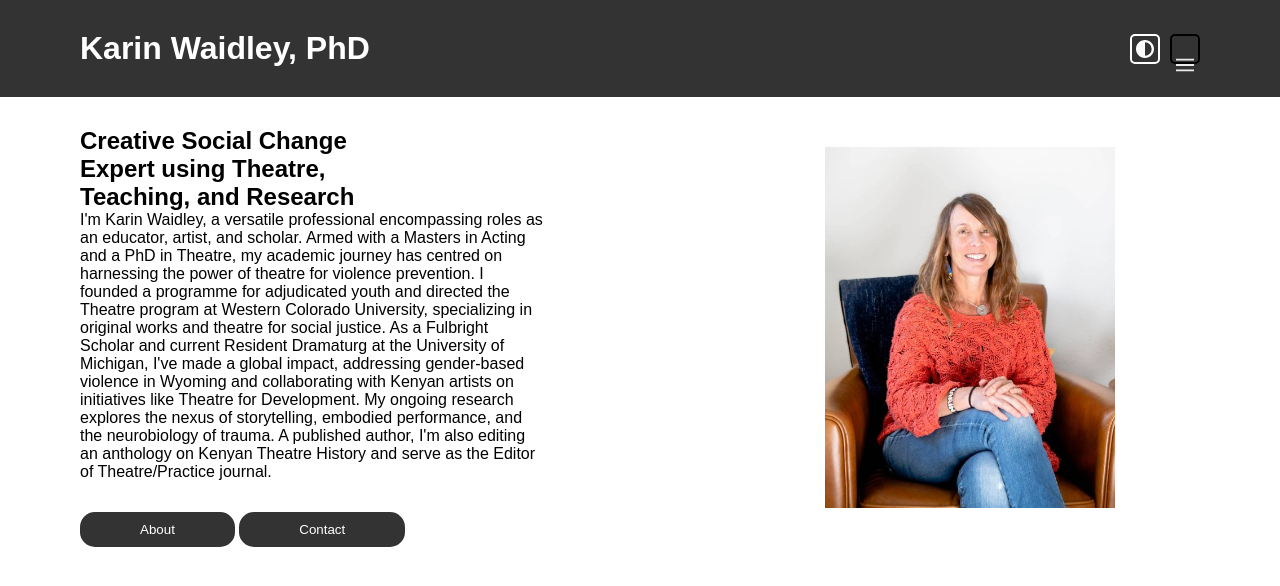
Repository: Ceasor7/Karin
Page: index.html
The author's editor kept a copy of each file at every save. The page is drawn from the files as they stood at one save, then again after the next save.
The browser window is 1280 px wide. The pictures show the whole page.

Above is the page before, as saved 2023-12-14 13:56:04.

After the next save:
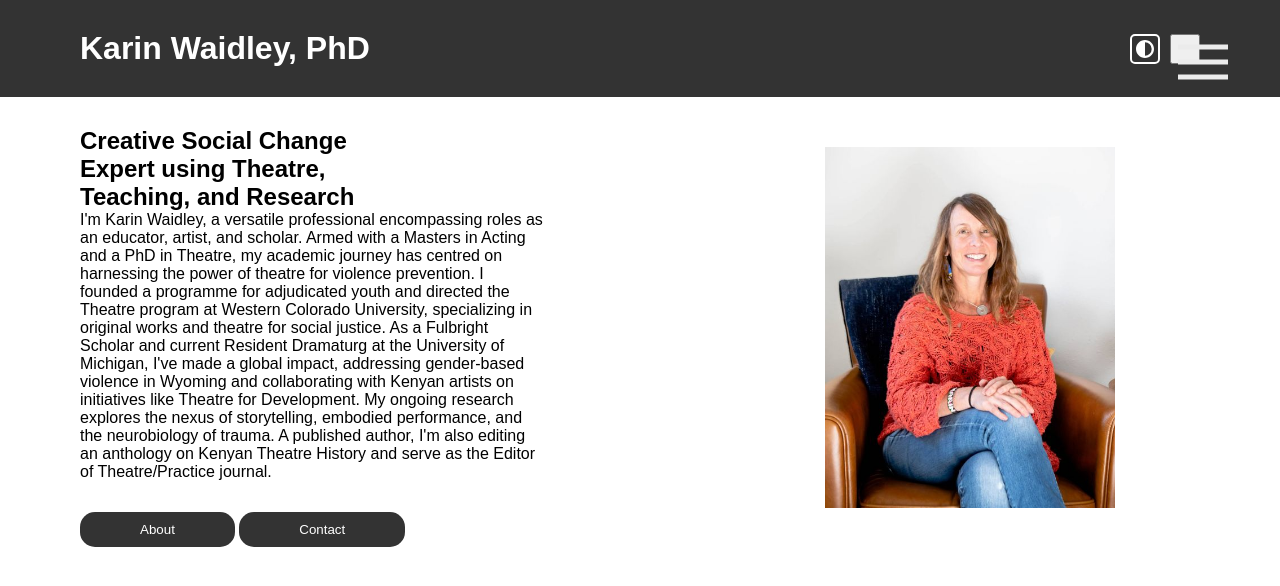
Saved 24 s later.
--- a/index.html
+++ b/index.html
@@ -62,11 +62,6 @@
         }
 
         .hamburger-menu {
-            border: 2px solid currentColor;
-            padding: 4px;
-            background: transparent;
-            cursor: pointer;
-            border-radius: 5px;
             width: 30px;
             height: 30px;
         }
@@ -162,8 +157,8 @@
                     </svg>
                 </button>
                 <button class="hamburger-menu">
-                    <svg width="100%" xmlns="http://www.w3.org/2000/svg" x="0px" y="0px" width="50" height="50"
-                        viewBox="0 0 50 50" style="fill:#EBEBEB;">
+                    <svg xmlns="http://www.w3.org/2000/svg" x="0px" y="0px" width="50" height="50" viewBox="0 0 50 50"
+                        style="fill:#EBEBEB;">
                         <path
                             d="M 0 7.5 L 0 12.5 L 50 12.5 L 50 7.5 Z M 0 22.5 L 0 27.5 L 50 27.5 L 50 22.5 Z M 0 37.5 L 0 42.5 L 50 42.5 L 50 37.5 Z">
                         </path>
